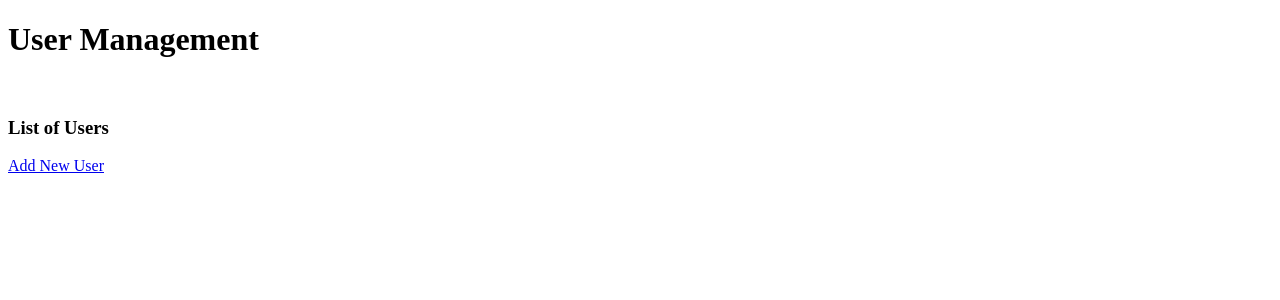
Repository: Rishicollinz/Java_Fullstack
Page: http://localhost/projtry/
These files come from the project's save history. The page is drawn as it stood at one moment and after the next save; the edit follows.
The browser window is 1280 px wide. The pictures show the whole page.
The page is served by Tomcat 9. Other server files are loaded and not shown. Queries for data that is not in the repository find no rows.

Above is the page before, as saved 2023-05-19 08:14:44.

### Eclipse 2/projtry/src/main/webapp/userList.jsp
<%@ page language="java" contentType="text/html; charset=UTF-8"
    pageEncoding="UTF-8"%>

<%@ taglib prefix="c" uri="http://java.sun.com/jsp/jstl/core" %>
<!DOCTYPE html>
<html>
<head>
<meta charset="UTF-8">
<title>Insert title here</title>
</head>
<body>
<h1>User Management</h1>
<br>
<h3>List of Users</h3>
<a href="<%=request.getContextPath() %>/new">Add New User</a>
</body>
</html>

### Eclipse 2/projtry/src/main/java/com/UserServlet.java
package com;
import java.util.*;
import java.io.IOException;
import java.sql.SQLException;

import javax.servlet.RequestDispatcher;
import javax.servlet.ServletException;
import javax.servlet.annotation.WebServlet;
import javax.servlet.http.HttpServlet;
import javax.servlet.http.HttpServletRequest;
import javax.servlet.http.HttpServletResponse;

/**
 * Servlet implementation class UserServlet
 */
@WebServlet("/")
public class UserServlet extends HttpServlet {
	private static final long serialVersionUID = 1L;
	private UserDao userDao;

    /**
     * Default constructor.
     */
    public UserServlet() {
        // TODO Auto-generated constructor stub
    	this.userDao=new UserDao();
    }

	/**
	 * @see HttpServlet#doGet(HttpServletRequest request, HttpServletResponse response)
	 */
	protected void doGet(HttpServletRequest request, HttpServletResponse response) throws ServletException, IOException {
		// TODO Auto-generated method stub
		String action=request.getServletPath();
		try {
			switch(action) {
				case "/new":
					showNewForm(request,response);
					break;
				case "/insert":
					insertUser(request,response);
					break;
				case "/delete":
					deleteUser(request,response);
					break;
				case "/update":
					updateUser(request,response);
					break;
				case "/edit":
					showEditForm(request, response);
					break;
				default:
					listUser(request,response);
					break;
			}
		}catch(SQLException e) {
			throw new ServletException(e);
		}

	}

	private void listUser(HttpServletRequest request,HttpServletResponse response) throws ServletException,SQLException, IOException {
		List<User> listUser=userDao.selectAllUser();
		request.setAttribute("a",listUser);
		RequestDispatcher dispatcher=request.getRequestDispatcher("userList.jsp");
		dispatcher.forward(request,response);
	}

	private void showNewForm(HttpServletRequest request,HttpServletResponse response) throws ServletException,SQLException, IOException {

		RequestDispatcher dispatcher=request.getRequestDispatcher("userForm.jsp");
		dispatcher.forward(request,response);
	}

	private void showEditForm(HttpServletRequest request,HttpServletResponse response) throws ServletException,SQLException, IOException {
		int id=Integer.parseInt(request.getParameter("id"));
		User existingUser=userDao.selectUser(id);

		RequestDispatcher dispatcher=request.getRequestDispatcher("userForm.jsp");
		request.setAttribute("user",existingUser);
		dispatcher.forward(request,response);
	}
	private void insertUser(HttpServletRequest request,HttpServletResponse response) throws ServletException,SQLException, IOException {
		String name=request.getParameter("name");
		String email=request.getParameter("email");
		String country=request.getParameter("country");
		User newUser=new User(name,email,country);
		userDao.insert_user(newUser);
		response.sendRedirect("list");
	}

	private void updateUser(HttpServletRequest request,HttpServletResponse response) throws ServletException,SQLException, IOException {
		int id=Integer.parseInt(request.getParameter("id"));
		String name=request.getParameter("name");
		String email=request.getParameter("email");
		String country=request.getParameter("country");
		User book=new User(id,name,email,country);
		userDao.updateUser(book);
		response.sendRedirect("list");
	}

	private void deleteUser(HttpServletRequest request,HttpServletResponse response) throws ServletException,SQLException, IOException {
		int id=Integer.parseInt(request.getParameter("id"));
		userDao.deleteUser(id);
		response.sendRedirect("list");
	}

	/**
	 * @see HttpServlet#doPost(HttpServletRequest request, HttpServletResponse response)
	 */
	protected void doPost(HttpServletRequest request, HttpServletResponse response) throws ServletException, IOException {
		// TODO Auto-generated method stub
		doGet(request, response);
	}

}

After the next save:
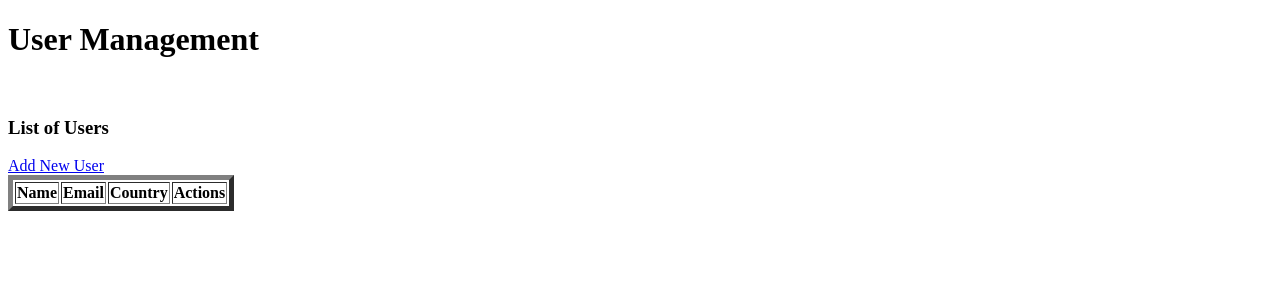
Saved 2 min 6 s later.
--- a/Eclipse 2/projtry/src/main/webapp/userList.jsp
+++ b/Eclipse 2/projtry/src/main/webapp/userList.jsp
@@ -13,5 +13,13 @@
 <br>
 <h3>List of Users</h3>
 <a href="<%=request.getContextPath() %>/new">Add New User</a>
+<table border="5px">
+	<tr>
+		<th>Name</th>
+		<th>Email</th>
+		<th>Country</th>
+		<th>Actions</th>
+	</tr>
+</table>
 </body>
 </html>
